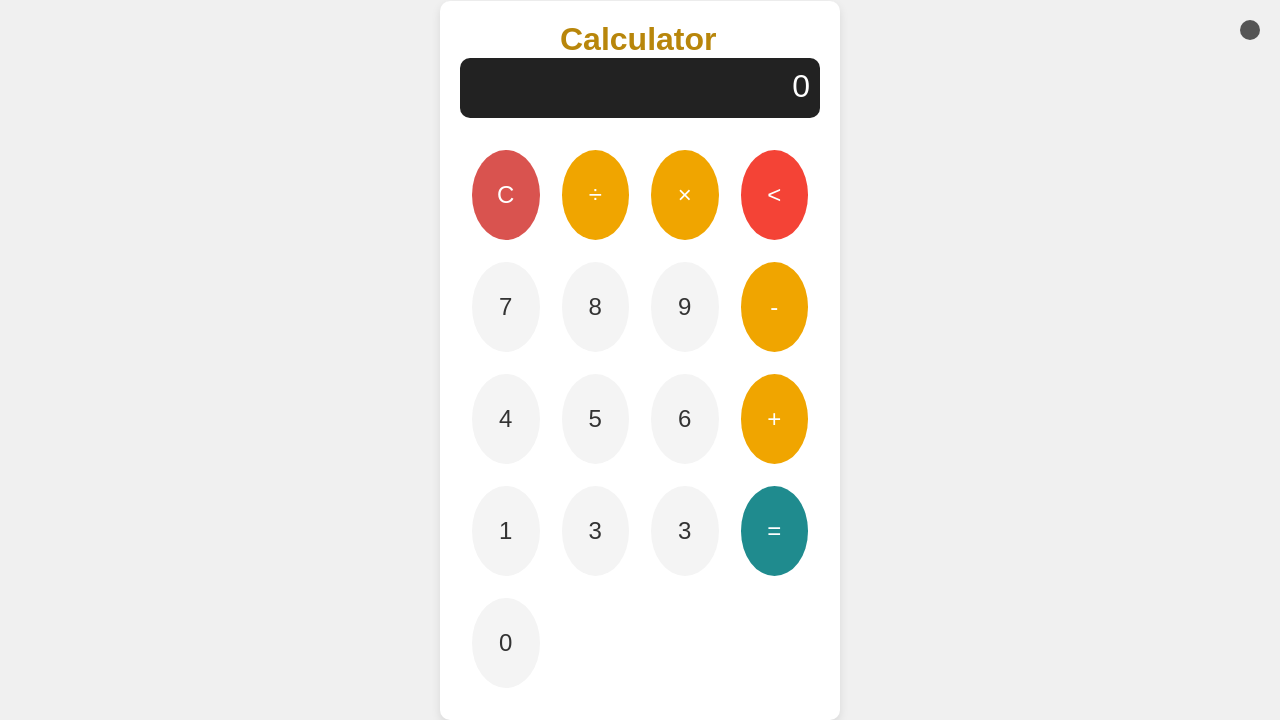
Repository: akhiranandan-04/Calculator
Page: index.html
The author's editor kept a copy of each file at every save. The page is drawn from the files as they stood at one save, then again after the next save.
The browser window is 1280 px wide. The pictures show the whole page.

Above is the page before, as saved 2024-10-09 17:19:58.

### index.html
<!DOCTYPE html>
<html lang="en">
<head>
    <meta charset="UTF-8">
    <meta name="viewport" content="width=device-width, initial-scale=1.0">
    <title>Calculator</title>
    <link rel="stylesheet" href="style.css">
</head>
<body>

    <div class="container">
        <div class="calculater dark">
            <h1>Calculator</h1>
            <div class="theme-toggler active">
                <i class="toggler-icon"></i>
            </div>
            <div class="display-screen">
                <div id="display"><h1>Calculator</h1></div>
            </div>
            <div class="buttons">
                <table>
                    <tr>
                        <td><button class="btn-operater" id="clear">C</button></td>
                        <td><button class="btn-operater" id="/">&divide;</button></td>
                        <td><button class="btn-operater" id="*">&times;</button></td>
                        <td><button class="btn-operater" id="backspace"><</button></td>
                    </tr>
                    <tr>
                        <td><button class="btn-num" id="7">7</button></td>
                        <td><button class="btn-num" id="8">8</button></td>
                        <td><button class="btn-num" id="9">9</button></td>
                        <td><button class="btn-operater" id="-">-</button></td>
                    </tr>
                    <tr>
                        <td><button class="btn-num" id="4">4</button></td>
                        <td><button class="btn-num" id="5">5</button></td>
                        <td><button class="btn-num" id="6">6</button></td>
                        <td><button class="btn-operater" id="+">+</button></td>
                    </tr>
                    <tr>
                        <td><button class="btn-num" id="1">1</button></td>
                        <td><button class="btn-num" id="2">3</button></td>
                        <td><button class="btn-num" id="3">3</button></td>
                        <td><button class="btn-equal" id="equal">=</button></td>
                    </tr>
                    <tr>
                        <td><button class="btn-num" id="0">0</button></td>

                    </tr>
                </table>
            </div>
        </div>
    </div>

    <script src="script.js"></script>

</body>
</html>

### style.css

* {
    margin: 0;
    padding: 0;
    box-sizing: border-box;
    background: linear-gradient(rgba(0,0,0,0.5) red);
}

body {
    font-family: Arial, sans-serif;
    display: flex;
    justify-content: center;
    align-items: center;
    height: 100vh;
    background-color: #f0f0f0;

}

.container {
    display: flex;
    justify-content: center;
    align-items: center;
}
h1{
    align-items: center;
    justify-content: center;
    margin-left: 100px;
    color:darkgoldenrod;
}
.calculater {
    width: 400px;
    background-color: #fff;
    border-radius: 10px;
    box-shadow: 0 4px 10px rgba(0, 0, 0, 0.1);
    padding: 20px;
}


.display-screen {
    width: 100%;
    height: 60px;
    background-color: #222;
    color: white;
    border-radius: 10px;
    text-align: right;
    padding: 10px;
    font-size: 2em;
}

.buttons {
    margin-top: 20px;
}

table {
    width: 100%;
    table-layout: fixed;
}

td {
    width: 25%;
    padding: 10px;
}

button {
    width: 100%;
    height: 90px;
    font-size: 1.5em;
    border: none;
    outline: none;
    border-radius: 10px;
    cursor: pointer;
    transition: background-color 0.3s;
    border-radius: 80%;
}


.btn-num {
    background-color: #f4f4f4;
    color: #333;
}

.btn-operater {
    background-color: #f0a500;
    color: white;
}

.btn-equal {
    background-color: #1f8b8e;
    color: white;
}

button:hover {
    opacity: 0.8;
}

#clear {
    background-color: #d9534f;
    color: white;
}

#backspace {
    background-color: #f44336;
    color: white;
}

/* Theme Toggler */
.theme-toggler {
    position: absolute;
    top: 20px;
    right: 20px;
    background-color: #222;
    color: white;
    padding: 10px;
    border-radius: 50%;
    cursor: pointer;
}

.theme-toggler.active {
    background-color: #555;
}

body.dark .calculater {
    background-color: #333;
}

body.dark .display-screen {
    background-color: #111;
}

body.dark button {
    background-color: #444;
    color: #fff;
}

body.dark #clear {
    background-color: #c9302c;
}

### script.js
const display = document.getElementById('display');
const clear = document.getElementById('clear');
const backspace = document.getElementById('backspace');
const equal = document.getElementById('equal');
const buttons = document.querySelectorAll('.btn-num, .btn-operater');

let currentInput = '';

function updateDisplay() {
    display.innerHTML = currentInput || '0';
}

buttons.forEach(button => {
    button.addEventListener('click', () => {
        const buttonText = button.innerText;

        if (button.classList.contains('btn-num') || button.classList.contains('btn-operater')) {
            currentInput += buttonText;
        }

        updateDisplay();
    });
});

backspace.addEventListener('click', () => {
    currentInput = currentInput.slice(0, -1);
    updateDisplay();
});

clear.addEventListener('click', () => {
    currentInput = '';
    updateDisplay();
});

equal.addEventListener('click', () => {
    try {
        currentInput = eval(currentInput).toString();
    } catch (e) {
        currentInput = 'Error';
    }
    updateDisplay();
});

updateDisplay();

const themeToggler = document.querySelector('.theme-toggler');

themeToggler.addEventListener('click', () => {
    document.body.classList.toggle('dark');
    themeToggler.classList.toggle('active');
});

After the next save:
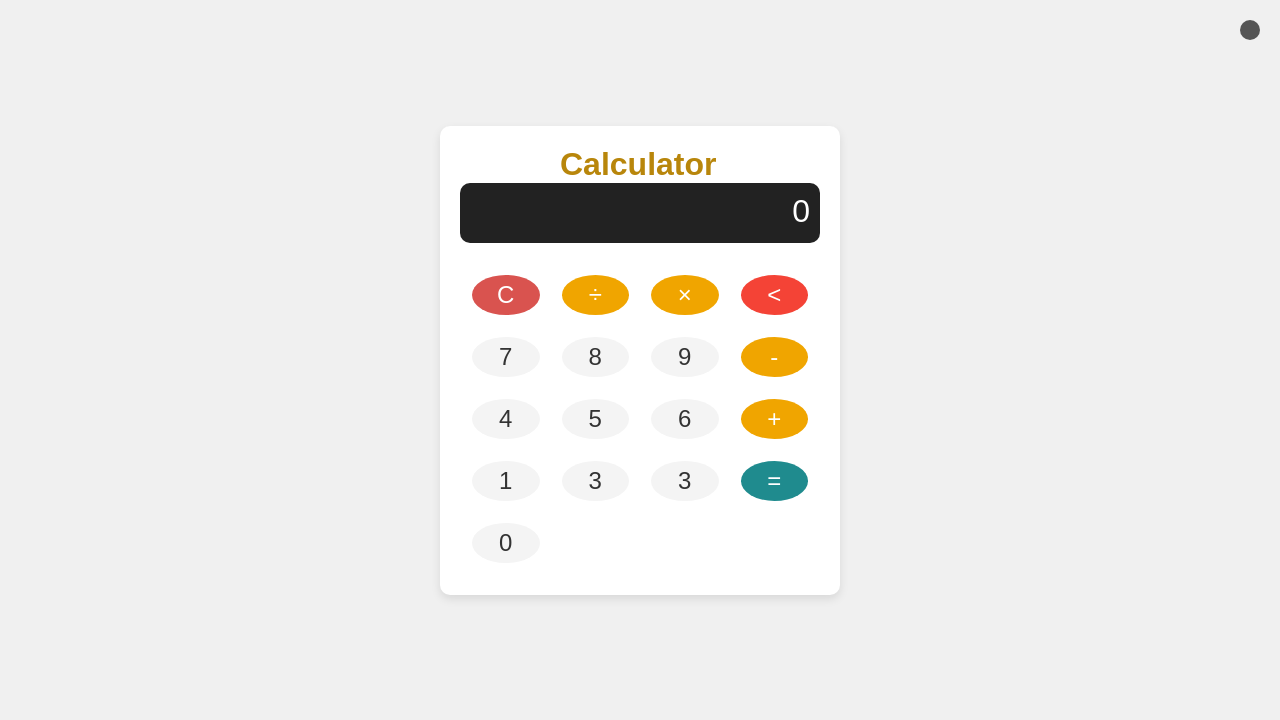
Saved 9 s later.
--- a/style.css
+++ b/style.css
@@ -63,7 +63,7 @@ td {
 
 button {
     width: 100%;
-    height: 90px;
+    height: 40px;
     font-size: 1.5em;
     border: none;
     outline: none;
